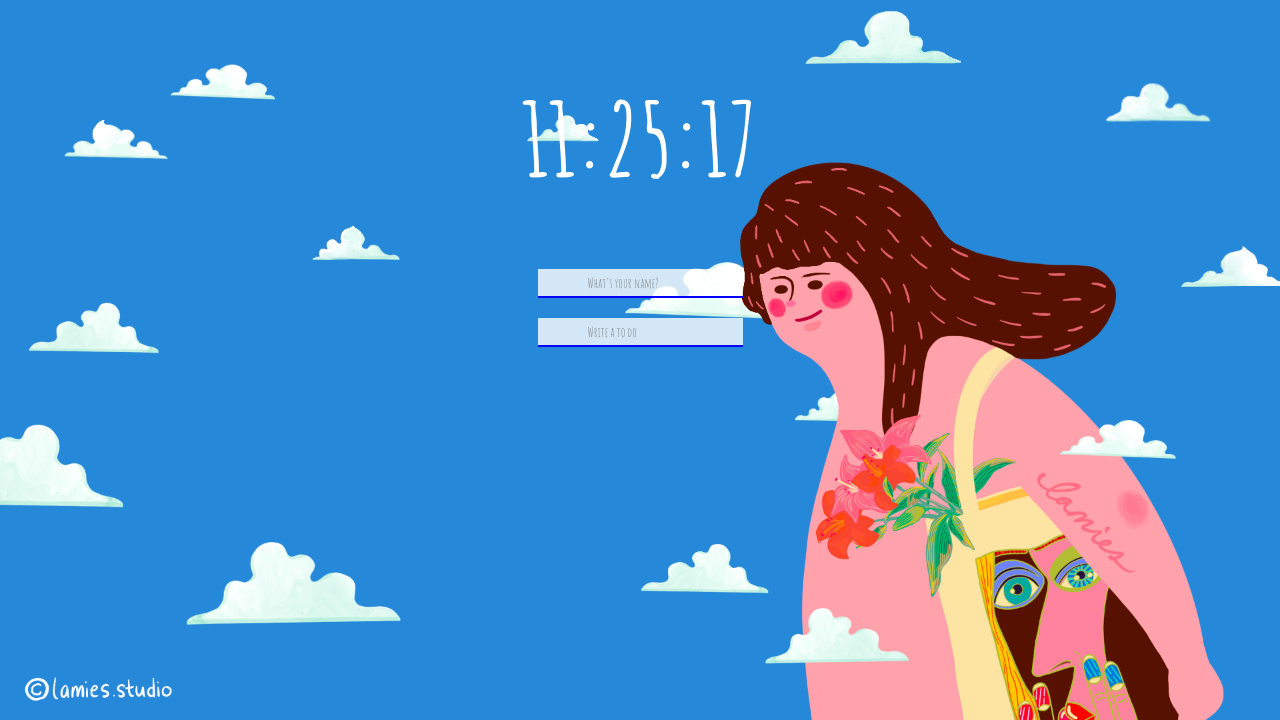
Repository: haleyjung/chrome_app
Page: index.html
The author's editor kept a copy of each file at every save. The page is drawn from the files as they stood at one save, then again after the next save.
The browser window is 1280 px wide. The pictures show the whole page.

Above is the page before, as saved 2020-11-23 15:29:39.

### index.html
<!DOCTYPE html>
<html lang="en">
<head>
    <meta charset="UTF-8" />
    <meta name="viewport" content="width=device-width, initial-scale=1.0">
    <title>Chrome App</title>
    <link rel="stylesheet" href="index.css">
</head>
<body>

    <div class="js-clock">
        <h1>00:00</h1>
    </div>

    <div class="js-name name"></div>

    <div>
        <form class="js-form form">
            <input type="text" placeholder="What's your name?" />
        </form>
    </div>

    <h4 class="js-greetings greetings"></h4>

    <form class="js-toDoForm">
        <input type="text" placeholder="Write a to do" />
    </form>
    <ul class="js-toDoList">
    </ul>
    <span class="js-weather"></span>

    <script src="js/clock.js"></script>
    <script src="js/greeting.js"></script>
    <script src="js/todo.js"></script>
    <script src="js/bg.js"></script>
    <script src="js/weather.js"></script>
</body>

### index.css
@import url("https://fonts.googleapis.com/css2?family=Amatic+SC:wght@400;700&display=swap");

* {
  font-family: "Amatic SC", cursive;
}

body {
  background-color: palevioletred;
  color: white;
  display: flex;
  flex-direction: column;
  justify-content: center;
  align-items: center;
  font-weight: 700;
}

.js-clock {
  display: flex;
  justify-content: center;
  align-items: center;
  font-size: 50px;
}

.js-form,
.js-toDoForm {
  background-color: none;
}

.btn {
  cursor: pointer;
}

input {
  border: none;
  outline: none;
  border-bottom: 2px solid blue;
  margin-bottom: 20px;
  background-color: rgba(255, 255, 255, 0.8);
  padding: 5px 50px;
  font-weight: 400;
}

.form,
.greetings {
  display: none;
}

.showing {
  display: block;
}

@keyframes fadeIn {
  from {
    opacity: 0;
  }
  to {
    opacity: 1;
  }
}

.bgImage {
  position: absolute;
  top: 0;
  left: 0;
  width: 100%;
  height: 100%;
  z-index: -1;
  animation: fadeIn 0.5s linear;
}

### js/clock.js
const clockContainer = document.querySelector(".js-clock"),
    clockTitle = clockContainer.querySelector("h1");

function getTime() {
    const date = new Date();
    const minutes = date.getMinutes();
    const hours = date.getHours();
    const seconds = date.getSeconds();
    clockTitle.innerText = `${hours < 10 ? `0${hours}` : hours}:${
        minutes < 10 ? `0${minutes}` : minutes
    }:${seconds < 10 ? `0${seconds}` : seconds}`;
}

function init() {
    getTime();
    setInterval(getTime, 1000);
}

init();

### js/greeting.js
const nameContainer = document.querySelector(".js-name");

function paintName(name) {
    nameContainer.innerHTML = "";
    const title = document.createElement("span");
    title.className = "name__text";
    title.innerHTML = `Hello ${name}`;
    nameContainer.appendChild(title);
}

function handleSubmit(event) {
    event.preventDefault();
    const form = event.target;
    const input = form.querySelector("input");
    const value = input.value;
    localStorage.setItem("username", value);
    paintName(value);
}

function paintInput() {
    const input = document.createElement("input");
  input.placeholder = "What's your name?";
  input.type = "text";
  input.className = "name__input";
  const form = document.createElement("form");
  form.addEventListener("submit", handleSubmit);
  form.appendChild(input);
  nameContainer.appendChild(form);
}

function loadName(){
    const name = localStorage.getItem("username");
  if (name === null) {
    paintInput();
  } else {
    paintName(name);
  }
}

function init() {
    loadName();
}

init();

### js/todo.js
const toDoForm = document.querySelector(".js-toDoForm"),
    toDoInput = toDoForm.querySelector("input"),
    toDoList = document.querySelector(".js-toDoList");

const TODOS_LS = 'toDos';

let toDos = [];

function deleteToDo(event){
    const btn = event.target;
    const li = btn.parentNode;
    toDoList.removeChild(li);
    const cleanToDos = toDos.filter(function(toDo){
        return toDo.id !== parseInt(li.id);
    });
    toDos = cleanToDos
    saveToDos();
}

function saveToDos(){
    localStorage.setItem(TODOS_LS, JSON.stringify(toDos));
}

function paintToDo(text){
    const li = document.createElement("li");
    const delBtn = document.createElement("button");
    const span = document.createElement("span");
    const newId = toDos.length + 1;
    delBtn.innerText = "❌";
    delBtn.addEventListener("click", deleteToDo);
    span.innerText = text;
    li.appendChild(delBtn);
    li.appendChild(span);
    li.id = newId;
    toDoList.appendChild(li);
    const toDoObj = {
        text: text,
        id: newId
    };
    toDos.push(toDoObj);
    saveToDos();
}

function handleSubmit(event){
    event.preventDefault();
    const currentValue = toDoInput.value;
    paintToDo(currentValue);
    toDoInput.value = "";
}

function loadToDos() {
    const loadedToDos = localStorage.getItem(TODOS_LS);
    if(loadedToDos !== null){
        const parsedToDos = JSON.parse(loadedToDos);
        parsedToDos.forEach(function(toDo){
            paintToDo(toDo.text);
        });
    }
}

function init() {
    loadToDos();
    toDoForm.addEventListener("submit", handleSubmit)
}

init();

### js/bg.js
const body = document.querySelector("body");

const IMG_NUMBER = 4;

// If loading images from API, include the functions in these comments:
// function handleImgLoad(){
//     console.log('finished loading');
// }

function paintImage(imgNumber){
    const image = new Image();
    image.src = `/img/lamiesstudio-${imgNumber + 1}.png`;
    image.classList.add('bgImage');
    body.prepend(image);
    // image.addEventListener("loadend", handleImgLoad);
}

function genRandom(){
    const number = Math.floor(Math.random() * IMG_NUMBER);
    return number;
}

function init(){
    const randomNumber = genRandom();
    paintImage(randomNumber)
}

init();

### js/weather.js
const weather = document.querySelector(".js-weather");

const API_KEY = "1706261ffc689a5d0ffe73f0d2f8a925";
const COORDS = "coords";

function getWeather(lat, lng){
    fetch(`https://api.openweathermap.org/data/2.5/weather?lat=${lat}&lon=${lng}&appid=${API_KEY}&units=metric`
    ).then(function(response){
        return response.json();
    })
        .then(function(json){
        const temperature = json.main.temp;
        const place = json.name;
        weather.innerText = `${temperature} @ ${place}`;
    });
}

function saveCoords(coordsObj){
    localStorage.setItem(COORDS, JSON.stringify(coordsObj));
}

function handleGeoSuccess(position){
    const latitude = position.coords.latitude;
    const longitude = position.coords.longitude;
    const coordsObj = {
        latitude,
        longitude
    };
    saveCoords(coordsObj);
    getWeather(latitude, longitude);
}

function handleGeoError(){
    console.log('Cant access geo location');
}

function askForCoords(){
    navigator.geolocation.getCurrentPosition(handleGeoSuccess, handleGeoError);
}

function loadCoords(){
    const loadedCoords = localStorage.getItem(COORDS);
    if(loadedCoords === null){
        askForCoords();
    } else {
        const parsedCoords = JSON.parse(loadedCoords);
        getWeather(parsedCoords.latitude, parsedCoords.longitude);
    }
}

function init(){
    loadCoords();
}

init();

After the next save:
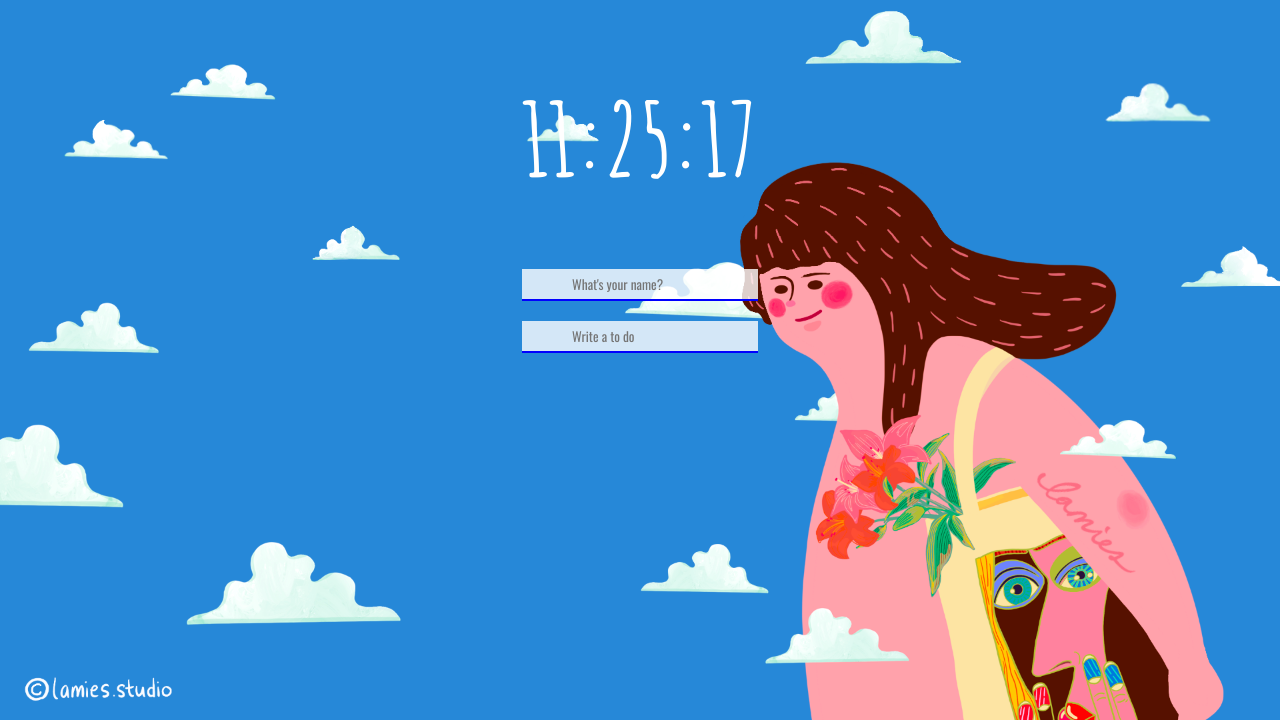
Saved 51 s later.
--- a/index.css
+++ b/index.css
@@ -1,8 +1,4 @@
-@import url("https://fonts.googleapis.com/css2?family=Amatic+SC:wght@400;700&display=swap");
-
-* {
-  font-family: "Amatic SC", cursive;
-}
+@import url("https://fonts.googleapis.com/css2?family=Amatic+SC:wght@400;700&family=Oswald&display=swap");
 
 body {
   background-color: palevioletred;
@@ -11,6 +7,7 @@ body {
   flex-direction: column;
   justify-content: center;
   align-items: center;
+  font-family: "Amatic SC", cursive;
   font-weight: 700;
 }
 
@@ -37,7 +34,7 @@ input {
   margin-bottom: 20px;
   background-color: rgba(255, 255, 255, 0.8);
   padding: 5px 50px;
-  font-weight: 400;
+  font-family: "Oswald", sans-serif;
 }
 
 .form,
